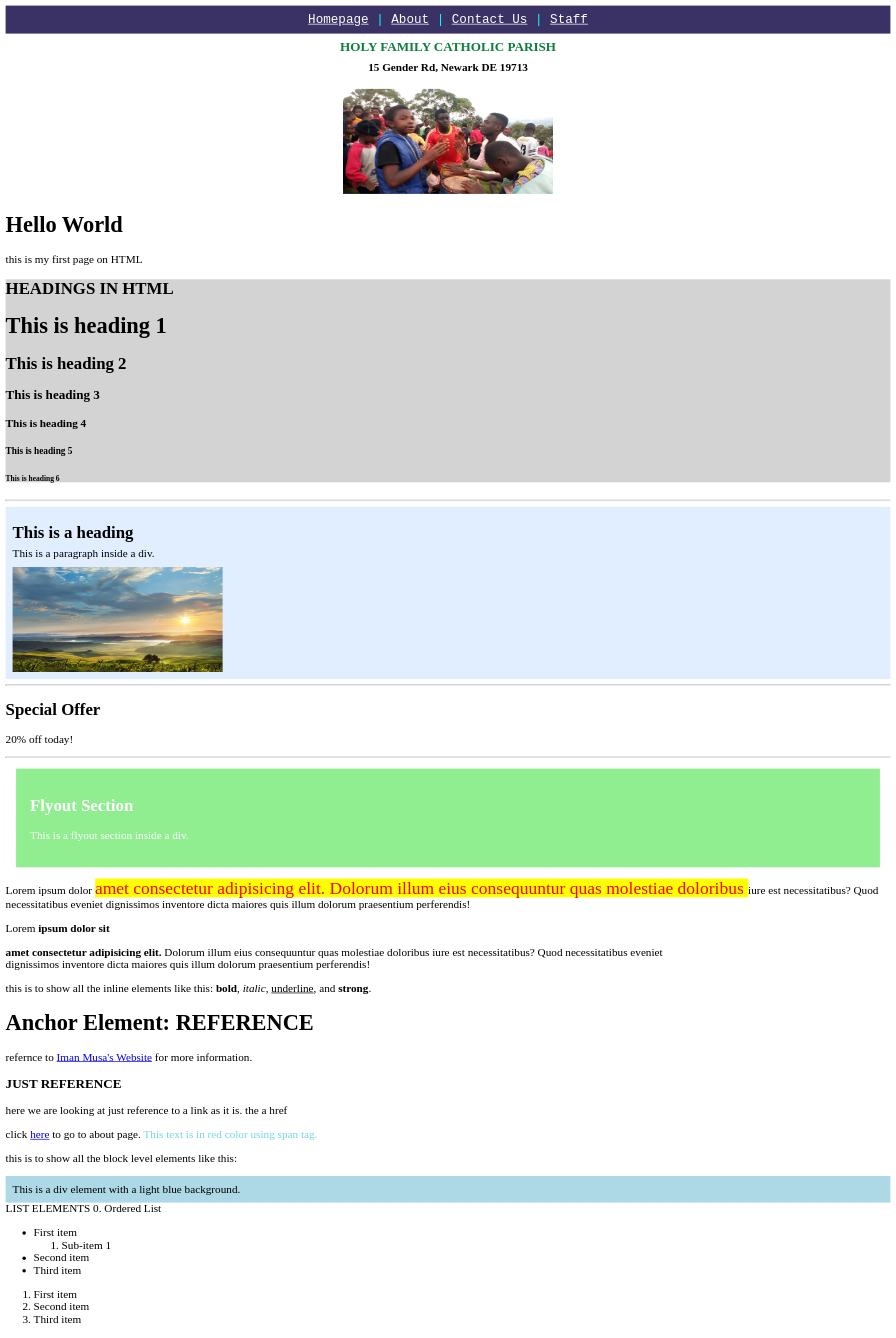
Repository: ficotims/HTML-RESTART
Page: Homepage.html
The author's editor kept a copy of each file at every save. The page is drawn from the files as they stood at one save, then again after the next save.
The browser window is 1280 px wide. The pictures show the whole page, at 70% of full size.

Above is the page before, as saved 2026-02-10 13:25:13.

### Homepage.html
<!doctype html>
<html lang="en">
  <head>
    <meta charset="UTF-8" />
    <meta name="viewport" content="width=device-width, initial-scale=1.0" />
    <title>HTML Crash course with Iman Musa</title>
    <link rel="stylesheet" href="Style 1.css"/>
  </head>
  <body>

    <!-- NAVIGATION SECTION -->
        <div style="background-color: rgb(58, 49, 100); padding: 10px; text-align: center; color: aqua; font-size: 18px; font-family: monospace, Lemon milk;">
    <a href="Homepage.html" target="_top" style="color: white;">Homepage</a> |
    <a href="about.html" style="color: white;">About</a> | <a href="Contact us.html" style="color: white;">Contact Us</a> |
    <a href="staff.html" style="color: white;">Staff</a>
     </div>

 <div style="text-align: center;">
    <h3><span style="color: rgb(14, 126, 61);"><div style="line-height: 0;">HOLY FAMILY CATHOLIC PARISH</b></span></h3>
    <H4>15 Gender Rd, Newark DE 19713</H4>
    <img
        src="images/Acension.jpg"
        alt="Catholic Church Logo"
        width="300"
        height="150"
      />
      </div>

    <h1>Hello World</h1>
    <p>this is my first page on HTML</p>
    <!-- this is a comment and will not appear on the screen/ page -->
    <!-- let us introduce the headings -->
    <div style="background-color: lightgray; padding: px; text-align: left">
      <h2>HEADINGS IN HTML</h2>
    <h1>This is heading 1</h1>
    <h2>This is heading 2</h2>
    <h3>This is heading 3</h3>
    <h4>This is heading 4</h4>
    <h5>This is heading 5</h5>
    <h6>This is heading 6</h6>
    </div>

    <!-- here we are starting off LEARNING HOW TO USE THE <div> TAG -->
 <hr>
      <div style="background-color: rgb(224, 238, 255); padding: 10px; text-align: left; line-height: 0.5;">
  <h2>This is a heading</h2>
  <p>This is a paragraph inside a div.</p>
  <img src="images/landscape.jpg" alt="Landscape" width="300"
        height="150" />
</div>
<hr>
<div class="highlight-box">
  <h2>Special Offer</h2>
  <p>20% off today!</p>
</div>
<hr>

  <div class="flyout">
    <h2>Flyout Section</h2>
    <p>This is a flyout section inside a div.</p>
  </div>


    <!-- thi is for paragraphs now -->
    <p>
      Lorem ipsum dolor <span class="body1">amet consectetur adipisicing elit. Dolorum illum
      eius consequuntur quas molestiae doloribus </span> iure est necessitatibus? Quod
      necessitatibus eveniet dignissimos inventore dicta maiores quis illum
      dolorum praesentium perferendis!
    </p>

    <p>
      Lorem <b>ipsum dolor sit <div>amet consectetur adipisicing elit.</b> Dolorum
      illum eius consequuntur quas molestiae doloribus iure est necessitatibus?
      Quod necessitatibus eveniet </div>dignissimos inventore dicta maiores quis illum
      dolorum praesentium perferendis!
    </p>


    <!-- this is for inline leve elements -->

    <p>
      this is to show all the inline elements like this: <b>bold</b>,
      <i>italic</i>, <u>underline</u>, and <strong>strong</strong>.
      <br />

      <!-- using the other inline elements: Anchor Elements (which are just links) -->
    </p>
    <h1>Anchor Element: REFERENCE</h1>
    refernce to
    <a href="https://www.google.com" target="_blank">Iman Musa's Website</a> for
    more information.
    <h3>JUST REFERENCE</h3>
    <p>here we are looking at just reference to a link as it is. the a href</p>
    click <a href="about.html" target="_blank">here</a> to go to about page.

    <!-- SPAN ELEMENT -->
    <span style="color: rgba(31, 190, 211, 0.63)">This text is in red color using span tag.</span>
    <p>
      <!-- now let us introduce the block level elements -->
      this is to show all the block level elements like this:
    </p>

    <div style="background-color: lightblue; padding: 10px">
      This is a div element with a light blue background.
    </div>

    <!-- this is LIST -->
<hi2>LIST ELEMENTS</h2>

    0. Ordered List

    <ul>
      <li>First item</li>
      <ol><li>Sub-item 1</li></ol>
      <li>Second item</li>
      <li>Third item</li>
    </ul>

    <ol>
      <li>First item</li>
      <li>Second item</li>
      <li>Third item</li>
    </ol>
  </body>
</html>

### Style 1.css
.body1 {
    color: red;
    background-color: yellow;
    font-size: 25px;
}

.flyout {
    border: none;
    background-color: lightgreen;
    color: white;
    padding: 20px;
    margin: 15px;
}

After the next save:
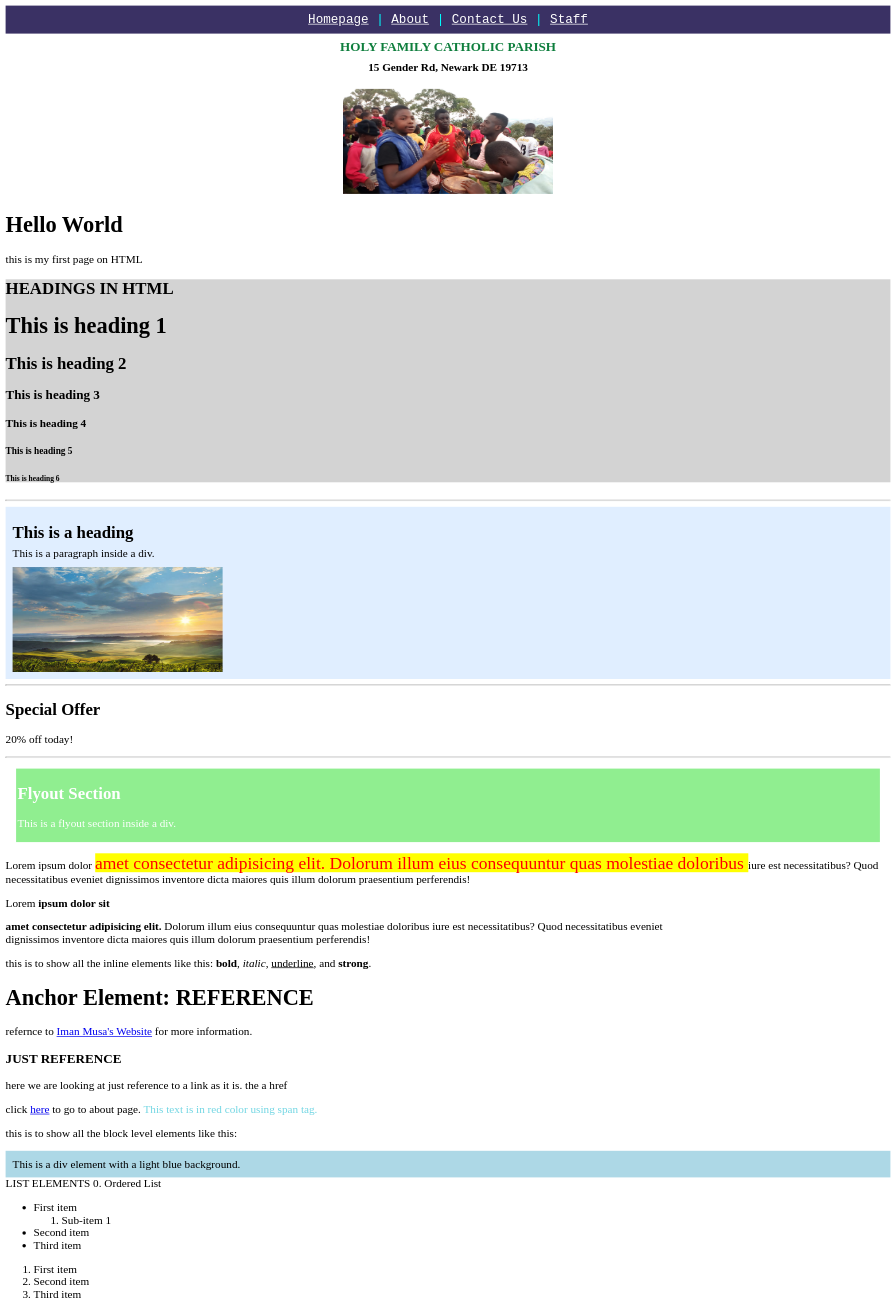
Saved 15 s later.
--- a/Style 1.css
+++ b/Style 1.css
@@ -8,6 +8,6 @@
     border: none;
     background-color: lightgreen;
     color: white;
-    padding: 20px;
+    padding: 2px;
     margin: 15px;
 }

After the save that followed:
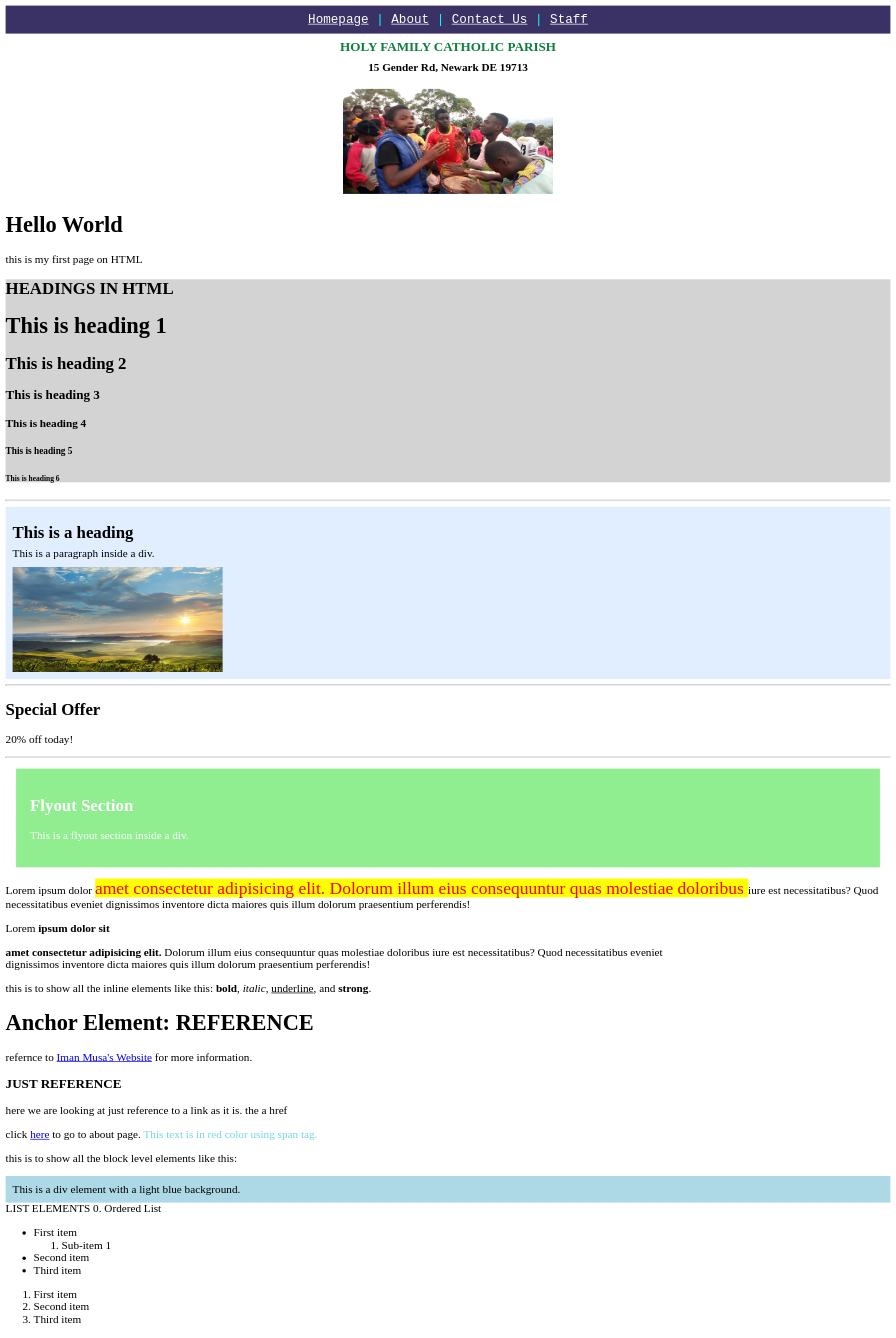
Saved 4 s later.
--- a/Style 1.css
+++ b/Style 1.css
@@ -8,6 +8,6 @@
     border: none;
     background-color: lightgreen;
     color: white;
-    padding: 2px;
+    padding: 20px;
     margin: 15px;
 }
